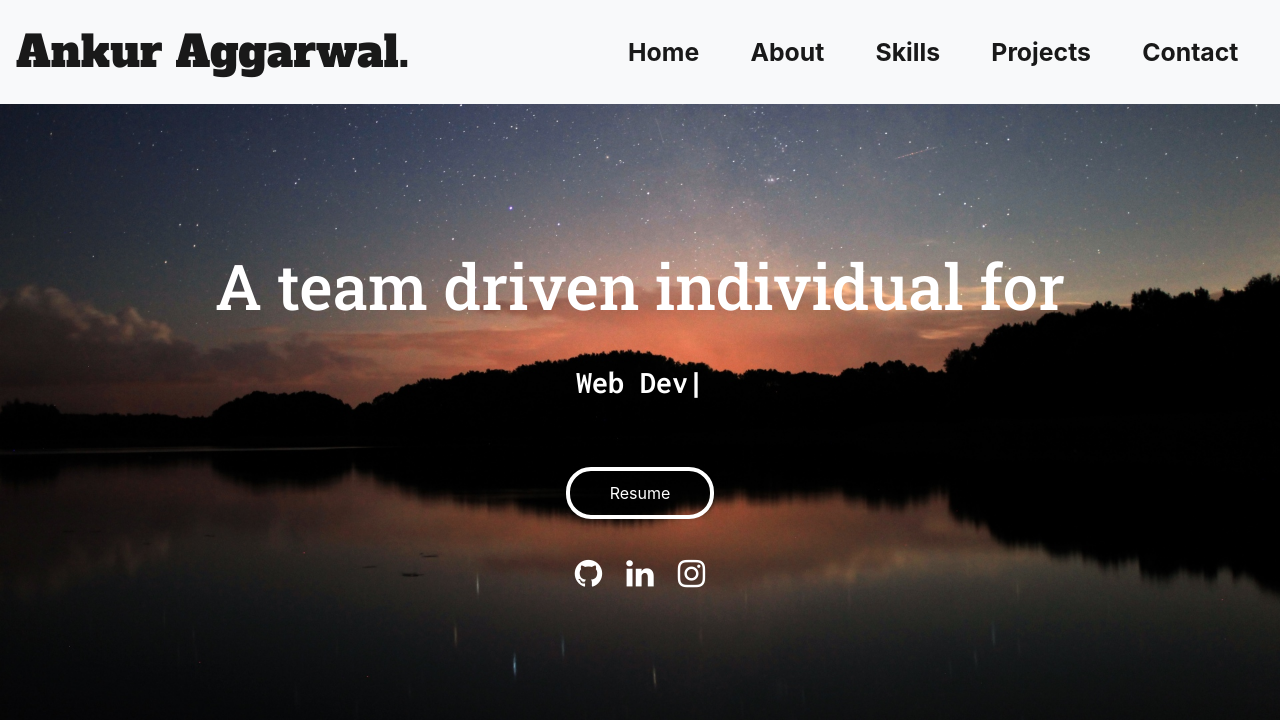
Repository: AnkurDevv/PersonalWebsite
Page: index.html
The author's editor kept a copy of each file at every save. The page is drawn from the files as they stood at one save, then again after the next save.
The browser window is 1280 px wide. The pictures show the whole page.
Some web fonts or font styles are not loaded; a fallback is used.

Above is the page before, as saved 2020-09-13 16:13:01.

### index.html
<!DOCTYPE html>
<html>

<head>
  <meta charset="utf-8">
  <meta http-equiv="X-UA-Compatible" content="IE=edge">
  <title>Ankur Aggarwal</title>
  <meta name="description" content="">
  <meta name="viewport" content="width=device-width, initial-scale=1">
  <!-- FONT AWESOME FOR SOCIAL MEDIA ICONS -->
  <link rel="stylesheet" href="https://cdnjs.cloudflare.com/ajax/libs/font-awesome/4.7.0/css/font-awesome.min.css">
  <!-- Importing Bootstrap here -->
  <link rel="stylesheet" href="https://stackpath.bootstrapcdn.com/bootstrap/4.4.1/css/bootstrap.min.css"
    integrity="sha384-Vkoo8x4CGsO3+Hhxv8T/Q5PaXtkKtu6ug5TOeNV6gBiFeWPGFN9MuhOf23Q9Ifjh" crossorigin="anonymous">
  <!--CUSTOM CSS FOR THE PAGE  -->
  <link rel="stylesheet" href="./style/index.css">
  <!-- FOR COOL ANIMATION EFFECTS -->
  <link rel="stylesheet" href="./style/animate.css">
  <!-- FOR COOL TYPING EFFECTS -->
  <script src="https://cdn.jsdelivr.net/npm/typed.js@2.0.11"></script>
  <!-- FOR GOOGLE FONTS - START -->
  <!-- for main heading -->
  <link
    href="https://fonts.googleapis.com/css2?family=Merienda:wght@700&family=Pacifico&family=Roboto&family=Roboto+Slab:wght@500&display=swap"
    rel="stylesheet">
  <!-- For Sub heading -->
  <link
    href="https://fonts.googleapis.com/css2?family=Inconsolata:wght@700&family=Merienda:wght@700&family=Pacifico&family=Roboto&family=Roboto+Slab:wght@500&display=swap"
    rel="stylesheet">
  <!-- For Navbar Logo -->
  <link href="https://fonts.googleapis.com/css2?family=Alfa+Slab+One&display=swap" rel="stylesheet">
  <!-- FOR GOOGLE FONTS - END -->
</head>

<body>
  <header>
    <nav class="navbar navbar-expand-lg navbar-light bg-light">
      <a class="navbar-brand" id="Brand-logo">Ankur Aggarwal.</a>
      <button class="navbar-toggler" type="button" data-toggle="collapse" data-target="#navbarNav"
        aria-controls="navbarNav" aria-expanded="false" aria-label="Toggle navigation">
        <span class="navbar-toggler-icon"></span>
      </button>
      <div class="collapse navbar-collapse" id="navbarNav">
        <ul class="navbar-nav">
          <li class="nav-item active">
            <a class="nav-link" href="#">Home</a>
          </li>
          <li class="nav-item active">
            <a class="nav-link" href="#">About</a>
          </li>
          <!-- <li class="nav-item active">
            <a class="nav-link" href="#">Why Me?</a>
          </li> -->
          <li class="nav-item active">
            <a class="nav-link" href="#">Skills</a>
          </li>
          <li class="nav-item active">
            <a class="nav-link" href="#">Projects</a>
          </li>
          <li class="nav-item active">
            <a class="nav-link" href="#">Contact</a>
          </li>
        </ul>
      </div>
    </nav>


    <!-- FIRST IMPRESSION SECTION - START -->
    <section class="first-impression-section">
      <div class="row first-impression-row">
        <h1 class="text-center animated fadeInDown" id="MainNameHeading">A team driven individual for
        </h1>
      </div>
      <div class="row">
        <h3 id="MainSubHeading">
          <span id="typed" style="white-space:pre;"></span>
          <!-- <span class="typed-cursor typed-cursor--blink">|</span> -->
        </h3>
      </div>

      <!-- RESUME BUTTON - START -->
      <div class="row" id="ResumeDiv">
        <a type="button" href="https://drive.google.com/file/d/129eEq26ATzqey1-hpHnRXs40bzbBVkSX/view?usp=sharing"
          target="blank" class="btn btn-primary" id="ResumeBtn">Resume</a>
      </div>
      <!-- RESUME BUTTON - END -->

      <!-- SOCIAL LINKS -->
      <div class="socialLinksDiv">
        <!-- github link -->
        <a href="https://github.com/AnkurDevv" target="blank" class="social-link"><i
            class="fa fa-github fa-2x text-white"></i></a>
        <!-- linkedin link -->
        <a href="https://www.linkedin.com/in/ankur-aggarwal2112/" target="blank" class="social-link"><i
            class="fa fa-linkedin fa-2x text-white"></i></a>
        <!-- instagram link -->
        <a href="https://www.instagram.com/ankur_2112/?hl=en" target="blank" class="social-link"><i
            class="fa fa-instagram fa-2x text-white"></i></a>
      </div>

    </section>
    <!-- FIRST IMPRESSION SECTION - END -->


  </header>

  <script>
    // JS FOR COOL TYPING EFFECT USING TYPE.JS -  START
    var options = {
      strings: ['Web Development.', 'Software Engineering.', 'Product Development.'],
      typeSpeed: 100,
      loop: true,
      backDelay: 800,
      backSpeed: 80,
      startDelay: 1000,
    };
    var typed = new Typed('#typed', options);
// JS FOR COOL TYPING EFFECT USING TYPE.JS -  END
  </script>

  <!-- NECESSARY JS FOR BOOTSTRAP - START -->
  <script src="https://code.jquery.com/jquery-3.4.1.slim.min.js"
    integrity="sha384-J6qa4849blE2+poT4WnyKhv5vZF5SrPo0iEjwBvKU7imGFAV0wwj1yYfoRSJoZ+n"
    crossorigin="anonymous"></script>
  <script src="https://cdn.jsdelivr.net/npm/popper.js@1.16.0/dist/umd/popper.min.js"
    integrity="sha384-Q6E9RHvbIyZFJoft+2mJbHaEWldlvI9IOYy5n3zV9zzTtmI3UksdQRVvoxMfooAo"
    crossorigin="anonymous"></script>
  <script src="https://stackpath.bootstrapcdn.com/bootstrap/4.4.1/js/bootstrap.min.js"
    integrity="sha384-wfSDF2E50Y2D1uUdj0O3uMBJnjuUD4Ih7YwaYd1iqfktj0Uod8GCExl3Og8ifwB6"
    crossorigin="anonymous"></script>
  <!-- NECESSARY JS FOR BOOTSTRAP - END -->

  <!-- ADDING JQUERY - START -->
  <script src="https://ajax.googleapis.com/ajax/libs/jquery/3.5.1/jquery.min.js"></script>
  <!-- ADDING JQUERY - END -->

  <!-- CUSTOM JS FOR THE PAGE - START  -->
  <script src="index.js"></script>
  <!-- CUSTOM JS FOR THE PAGE - END  -->
</body>

</html>

### style/index.css
body{
  margin-left: 0;
  margin-right: 0;
}

/* NAVBAR CSS - START */

#Brand-logo{
  font-family: 'Alfa Slab One', cursive;
  font-size: 270%;
}

.navbar-nav{
  margin-left: auto;
}

.nav-link{
  font-size: 155%;
  font-weight: 700;
  padding: 2vw!important;
}

@media only screen and (max-width: 992px) {
  .nav-link{
    text-align: center;
  }
}

@media only screen and (max-width: 600px) {

  #Brand-logo{
    font-size: 140%;
  }

  .navbar-nav{
    height: 100vh;
  }

  .nav-link{
    margin: 5vh auto;
  }

}

/* NAVBAR CSS - END */

/* FIRST IMPRESSION SECTION CSS - START */
header{
  height: 100vh; /* Takes 100% of the screen size */
  background-image:url(../images/sunset_skyline_lake_reflection_114025_1920x1080.jpg);
  -webkit-background-size: cover;
  background-position: center;
  overflow: hidden;
}

#MainNameHeading{
  margin: 0 auto;
  margin-top: 20vh;
  font-size: 395%;
  color: white;
  font-family: 'Roboto Slab', serif;
  padding-bottom: 3%;
}

#MainSubHeading{
  margin: 0 auto;
  color: white;
  text-align: -webkit-center;
  font-family: 'Inconsolata', monospace;
  font-size: xx-large;
}

#ResumeBtn{
  -webkit-appearance: button;
  -moz-appearance: button;
  appearance: button;
  margin: 5% auto;
  margin-bottom: 2%;
  padding: 10px 3%;
  background-color: transparent;
  border: 4px solid white;
  border-radius: 25px;
}

#ResumeBtn:hover{
  background-color: white;
  color: black;
  font-weight: 700;
  font-size: 130%;
}

.socialLinksDiv{
  display: flex;
  justify-content: center;
}

.social-link{
  margin: 12px;
}


@media only screen and (max-width: 600px) {
  #MainNameHeading{
    font-size: 300%;
    margin-top: 13vh;
  }
  #MainSubHeading{
    font-size: x-large;
  }
}
/* FIRST IMPRESSION SECTION CSS - ENDS */

### index.js
// CHANGING NAVBAR COLOR WHEN A USER HOVERS OVER A LINK
$(document).ready(function () {

  // makes nav transparent when user hovers on a link
  $(".nav-link").hover(function () {
    $('.navbar').addClass('bg-dark').removeClass('bg-light');
    $('#Brand-logo').css("color", "white");
    $('.nav-link').css("color", "white");
    $('.navbar-toggler').css("color", "white");
  });

  // makes nav non-transparent when user hovers on a link
  $(".navbar").mouseleave(function () {
    $('.navbar').addClass('bg-light').removeClass('bg-dark');
    $('#Brand-logo').css("color", "black");
    $('.nav-link').css("color", "black");
    $('.navbar-toggler').css("color", "black");
  });

});

Loaded but not shown: style/animate.css (library)

After the next save:
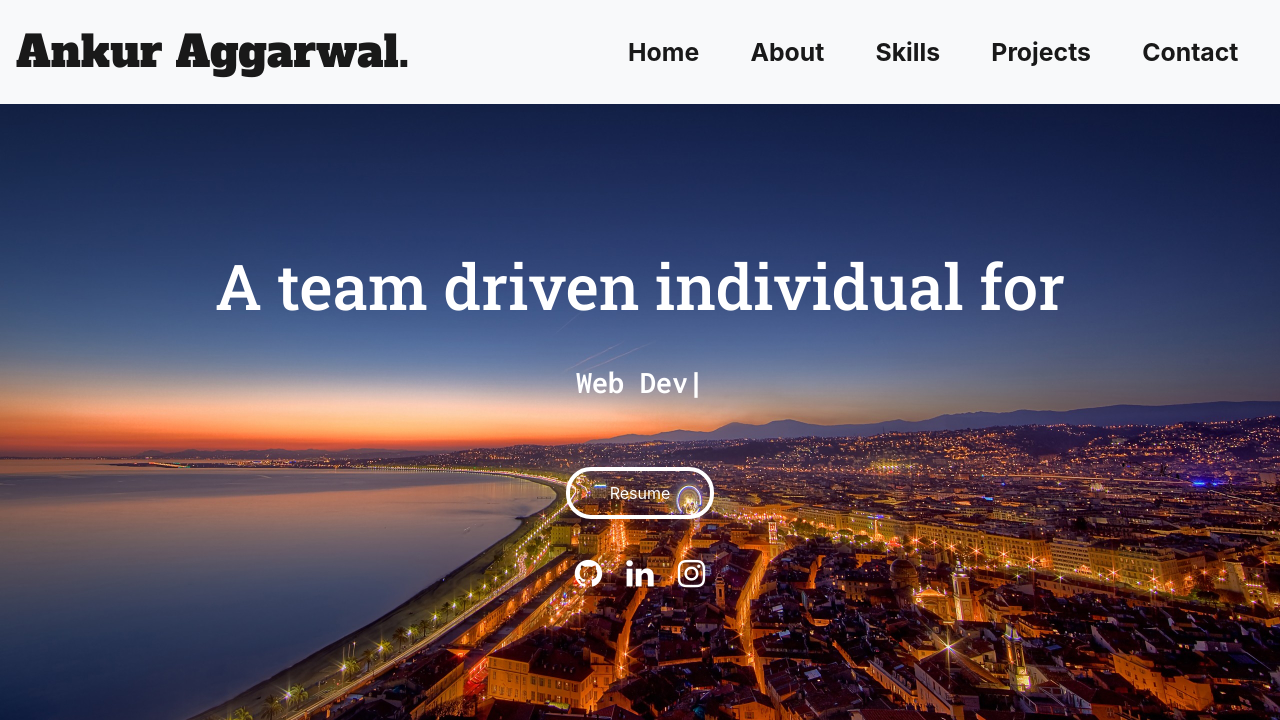
Saved 60 s later.
--- a/style/index.css
+++ b/style/index.css
@@ -47,7 +47,7 @@ body{
 /* FIRST IMPRESSION SECTION CSS - START */
 header{
   height: 100vh; /* Takes 100% of the screen size */
-  background-image:url(../images/sunset_skyline_lake_reflection_114025_1920x1080.jpg);
+  background-image:url(../images/city_top_view_promenade_evening_buildings_25438.jpg);
   -webkit-background-size: cover;
   background-position: center;
   overflow: hidden;
